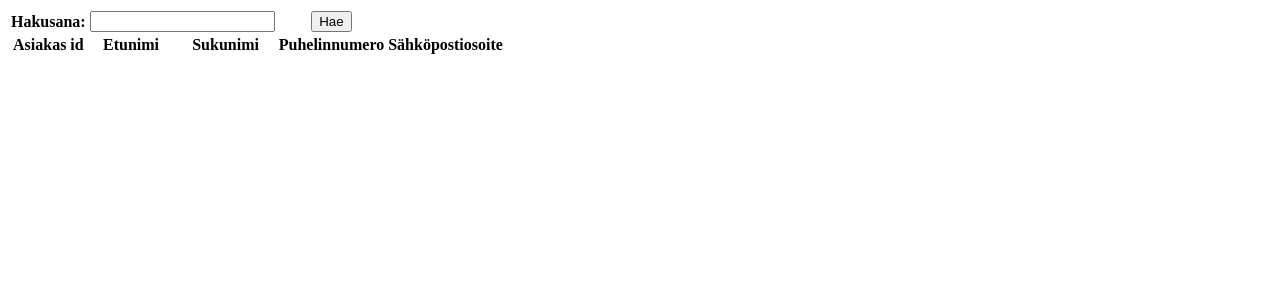
Repository: varispau/asiakas-listaus
Page: http://localhost/AsiakasListaus/listaaasiakkaat.jsp
An editor plug-in stored every save of this project. The page is shown before and after the next save, followed by the edit.
The browser window is 1280 px wide. The pictures show the whole page.
The page is served by Tomcat 10.

Above is the page before, as saved 2022-04-23 06:39:38.
Console error: ReferenceError: haeAsiakkaat is not defined

After the next save:
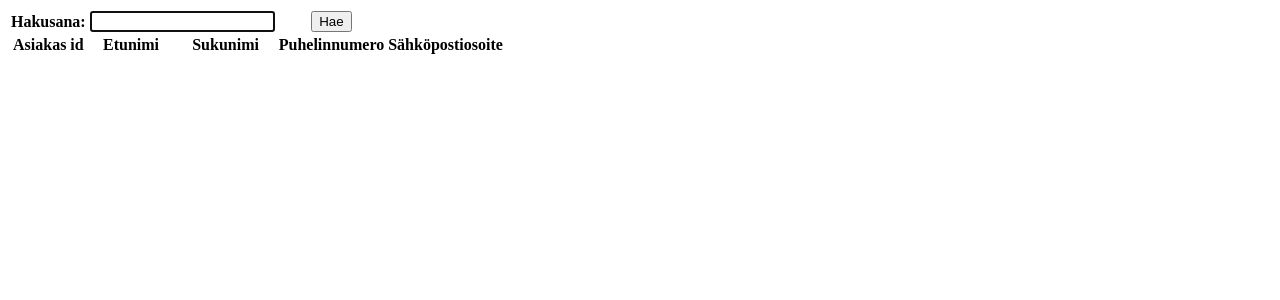
The error is gone.
Saved 95 s later.
--- a/AsiakasListaus/src/main/webapp/listaaasiakkaat.jsp
+++ b/AsiakasListaus/src/main/webapp/listaaasiakkaat.jsp
@@ -46,7 +46,7 @@ $(document).ready(function(){
 	$("#hakusana").focus();//viedään kursori hakusana-kenttään sivun latauksen yhteydessä
 });
 
-function haeAsiakkkaat(){
+function haeAsiakkaat(){
 	$("#listaus tbody").empty();
 	$.ajax({url:"asiakkaat/"+$("#hakusana").val(), type:"GET", dataType:"json", success:function(result){//Funktio palauttaa tiedot json-objektina
 		$.each(result.asiakkaat, function(i, field){
